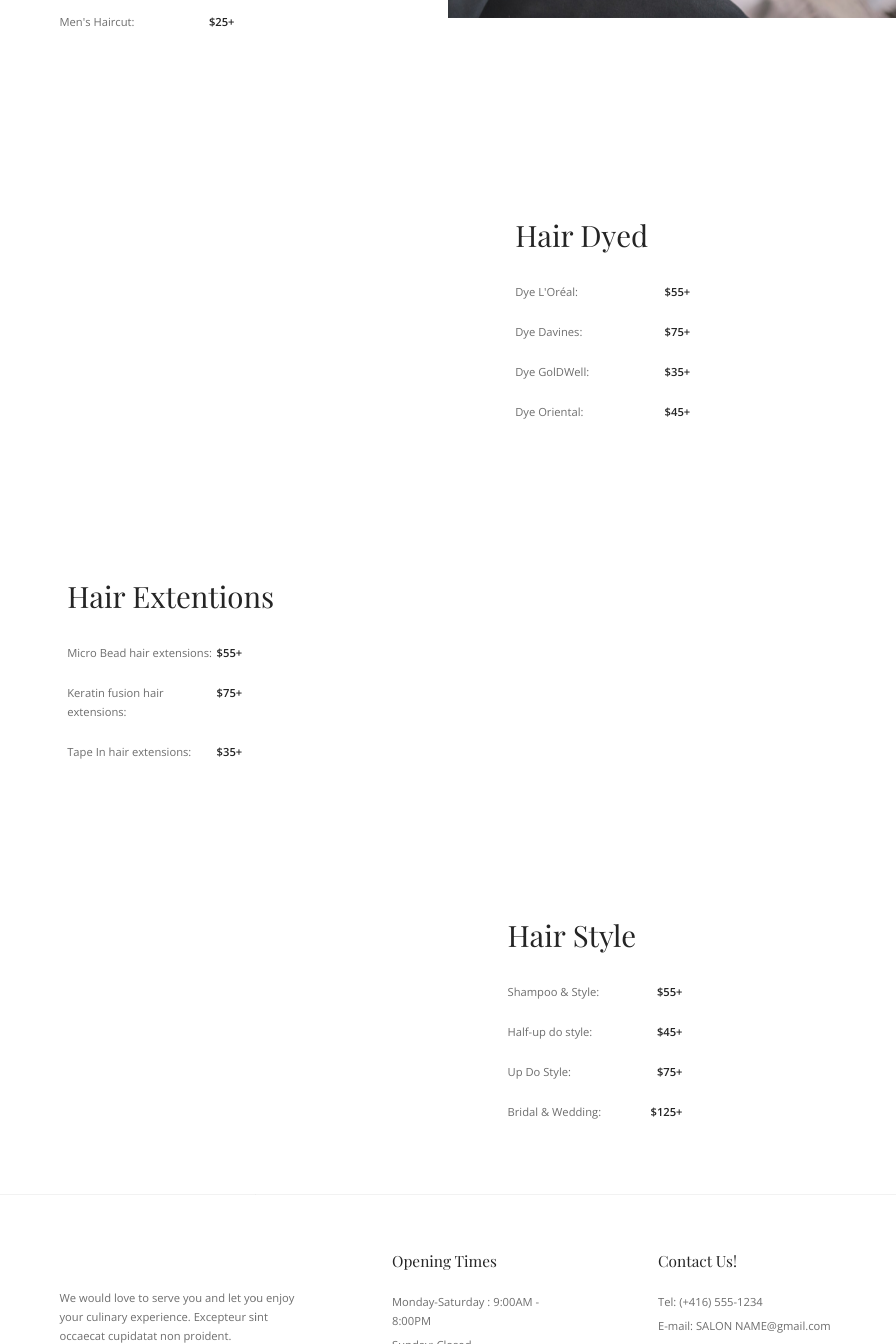
Repository: hanihassan1/Bay-wash-studio
Page: http://localhost/service
The author's editor kept a record of every edit. The page is drawn from the files as they stood at one moment, then again after the next edit.
The browser window is 1280 px wide. The pictures show the part of the page from y = 738 to 2658 px (the page is 2826 px tall), at 70% of full size.
The page is served by the project's application, run on Flask 3 (run.py).

Above is the page before.
Console error: TypeError: Cannot read properties of null (reading 'jQuery22409362962306477132')

After the next edit:
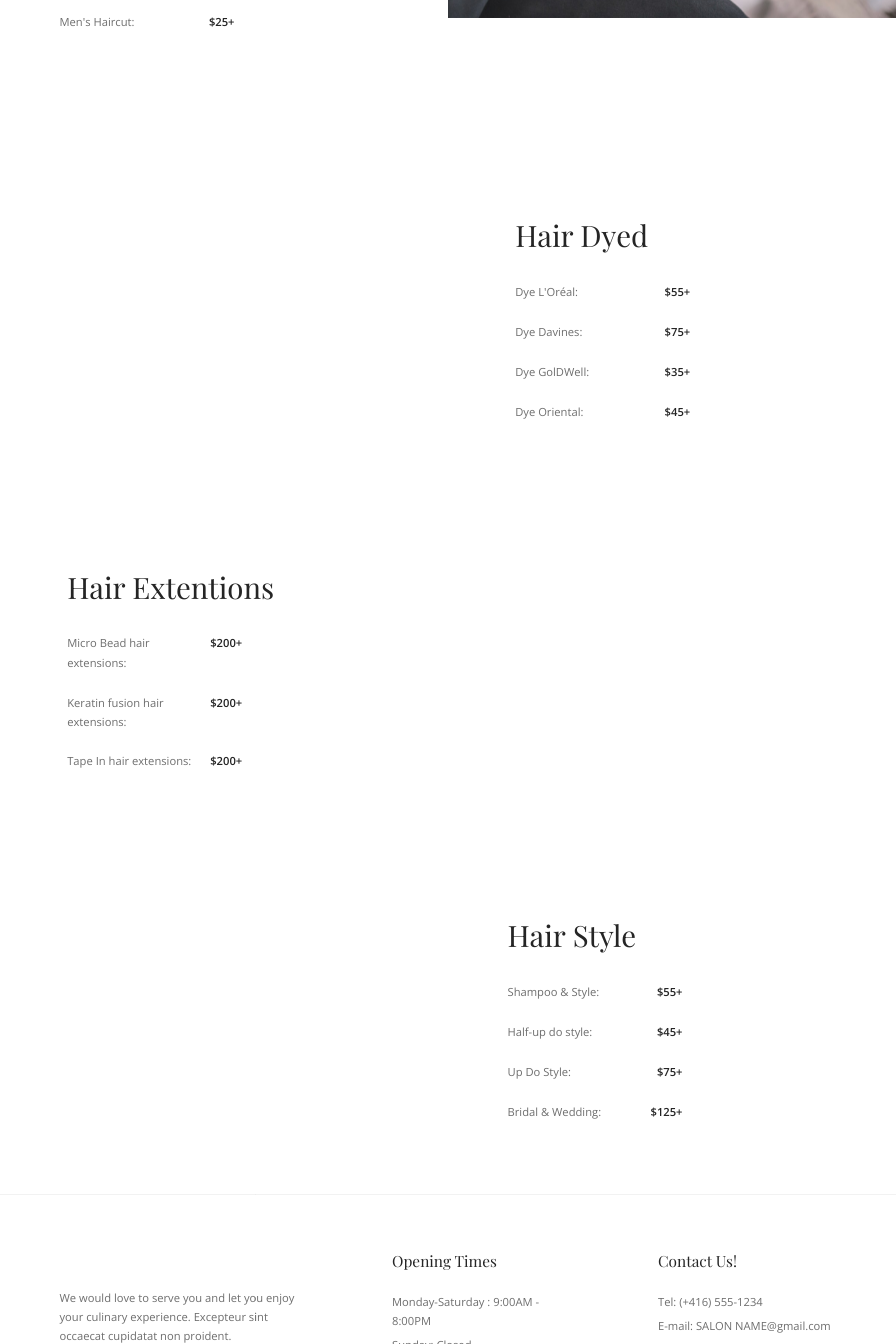
The edit:
--- a/templates/service.html
+++ b/templates/service.html
@@ -85,9 +85,9 @@
         <div class="service-content">
             <div class="service-text">
                 <h2>Hair Extentions</h2>
-                <p><span>Micro Bead hair extensions:</span> <span>$55+</span></p>
-                <p><span>Keratin fusion hair extensions:</span> <span>$75+</span></p>
-                <p><span>Tape In hair extensions:</span> <span>$35+</span></p>
+                <p><span>Micro Bead hair extensions:</span> <span>$200+</span></p>
+                <p><span>Keratin fusion hair extensions:</span> <span>$200+</span></p>
+                <p><span>Tape In hair extensions:</span> <span>$200+</span></p>
                </div>
         </div>
         <div class="service-thumbnail bg-img jarallax" style="background-image: url({{ url_for('static', filename='img/bg-img/27.jpg')  }});"></div>
